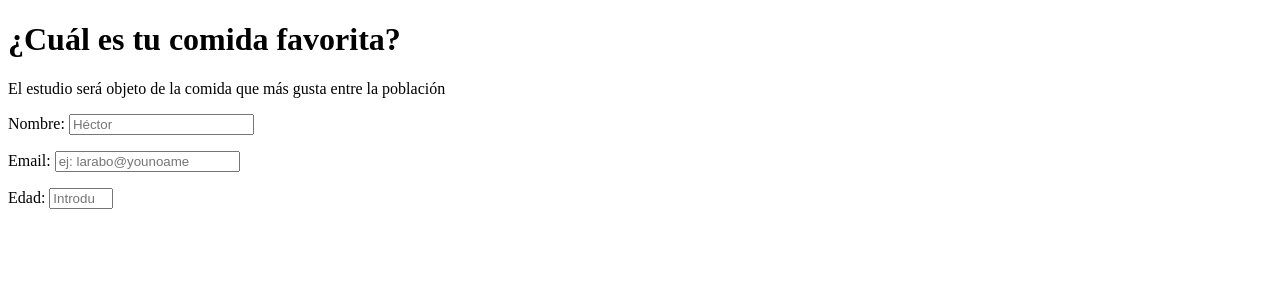
Repository: Fidesone/Form
Page: form/Index.html
These files come from the project's save history. The page is drawn as it stood at one moment and after the next save; the edit follows.
The browser window is 1280 px wide. The pictures show the whole page.

Above is the page before, as saved 2020-09-22 18:50:41.

### form/Index.html
<!DOCTYPE html>
<html>
<head>
<meta charset="ISO-8859-1">
<title>Formulario</title>
</head>
<body>
<h1 id="title">¿Cuál es tu comida favorita?</h1>
<p id="desciption">El estudio será objeto de la comida que más gusta entre la población</p>
<form id="survey-form">
	<p id="name">Nombre: <input type="text" placeholder="Héctor" id="name-label"></p>
	<p id="email">Email: <input type="email" placeholder="ej: larabo@younoame" id="email-label"></p>
	<p id="number">Edad: <input type="number" placeholder="Introduce tu edad" id="number-label" required pattern=[0-9] min="0" max="100"></p>
</form>
</body>
</html>

After the next save:
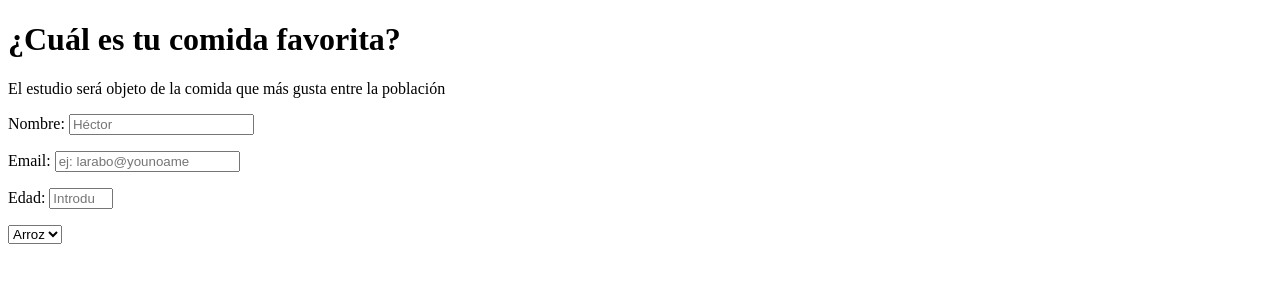
Saved 15 h 27 min later.
--- a/form/Index.html
+++ b/form/Index.html
@@ -11,6 +11,10 @@
 	<p id="name">Nombre: <input type="text" placeholder="Héctor" id="name-label"></p>
 	<p id="email">Email: <input type="email" placeholder="ej: larabo@younoame" id="email-label"></p>
 	<p id="number">Edad: <input type="number" placeholder="Introduce tu edad" id="number-label" required pattern=[0-9] min="0" max="100"></p>
+	<select id="dropdown">
+		<option value="Arroz">Arroz</option>
+
+	</select>
 </form>
 </body>
 </html>
